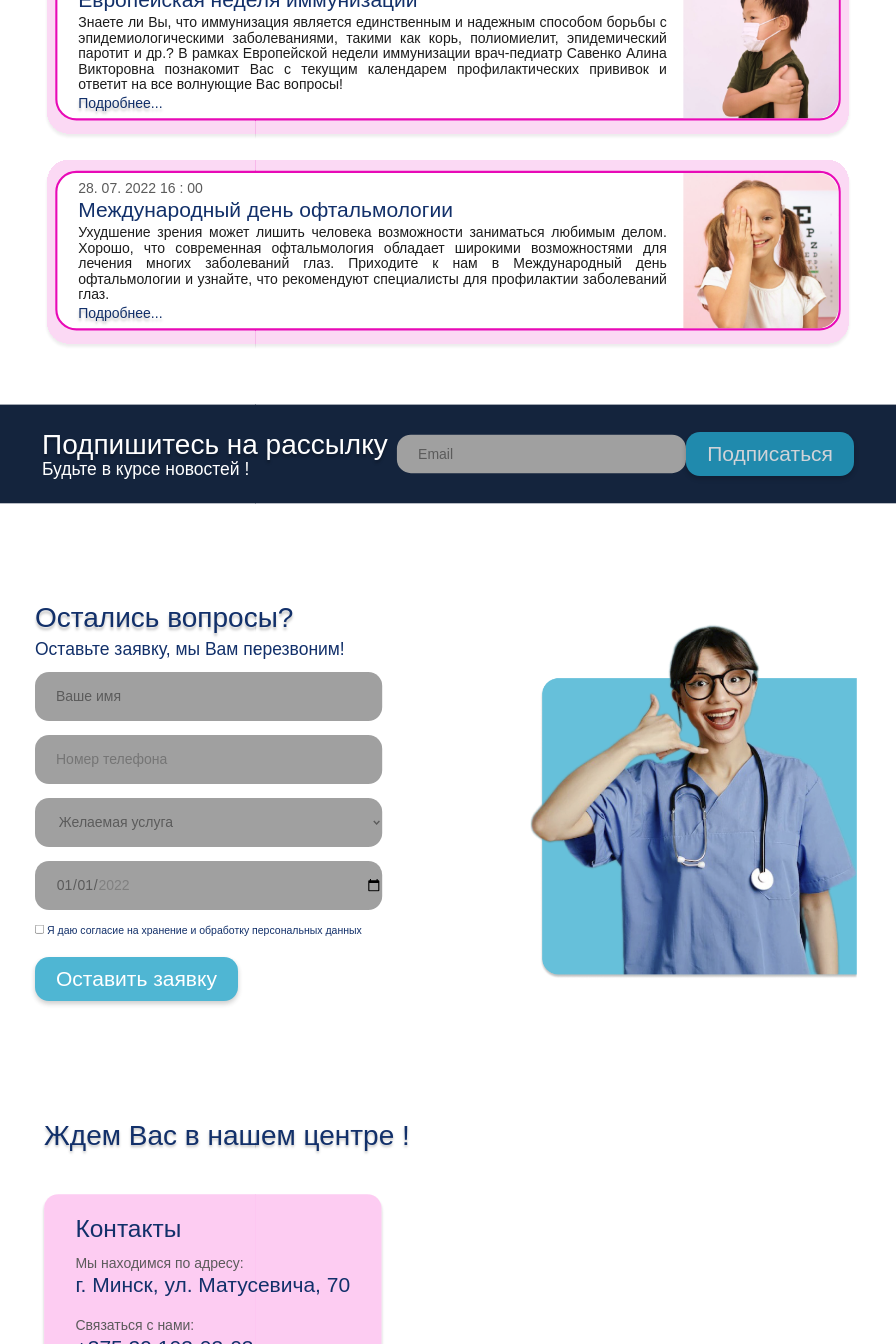
Repository: Normandy72/Landing-Page-Happy-Child
Page: index.html
The author's editor kept a copy of each file at every save. The page is drawn from the files as they stood at one save, then again after the next save.
The browser window is 1280 px wide. The pictures show the part of the page from y = 3280 to 5200 px (the page is 5899 px tall), at 70% of full size.
The page's requests for data from a server got no answer. Some web fonts or font styles are not loaded; a fallback is used.

Above is the page before, as saved 2022-12-06 10:02:36.

After the next save:
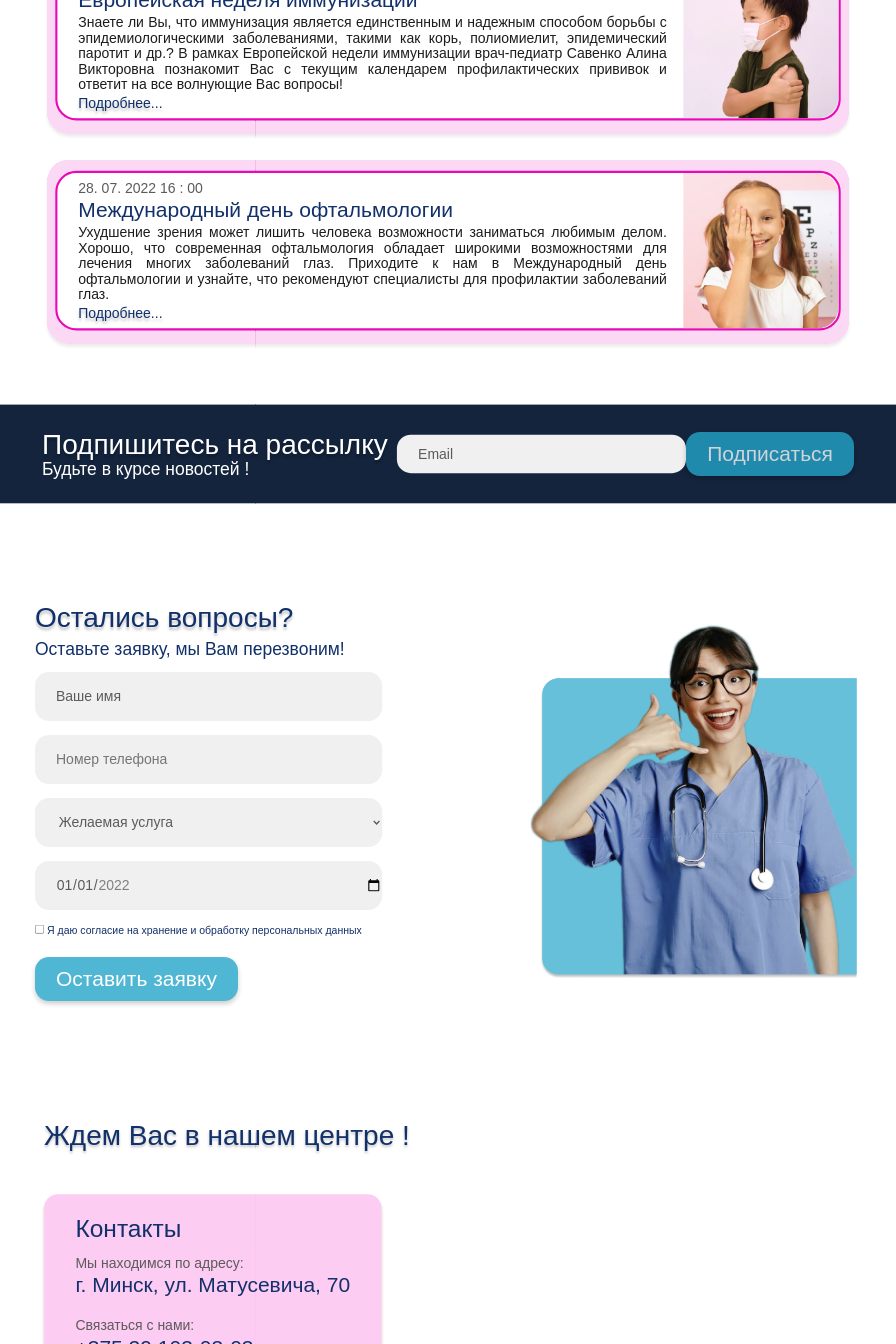
Saved 43 s later.
--- a/styles/variables.css
+++ b/styles/variables.css
@@ -37,7 +37,7 @@
     --accented-button-color: hsl(313, 94%, 45%);
     --standart-button-color:rgba(35, 164, 201);
 
-    --input-bg-color: #a0a0a0;
+    --input-bg-color: #f0f0f0;
     --input-text-color:#5B5B5B;
     --input-focus-color: rgba(35, 164, 201);
 
